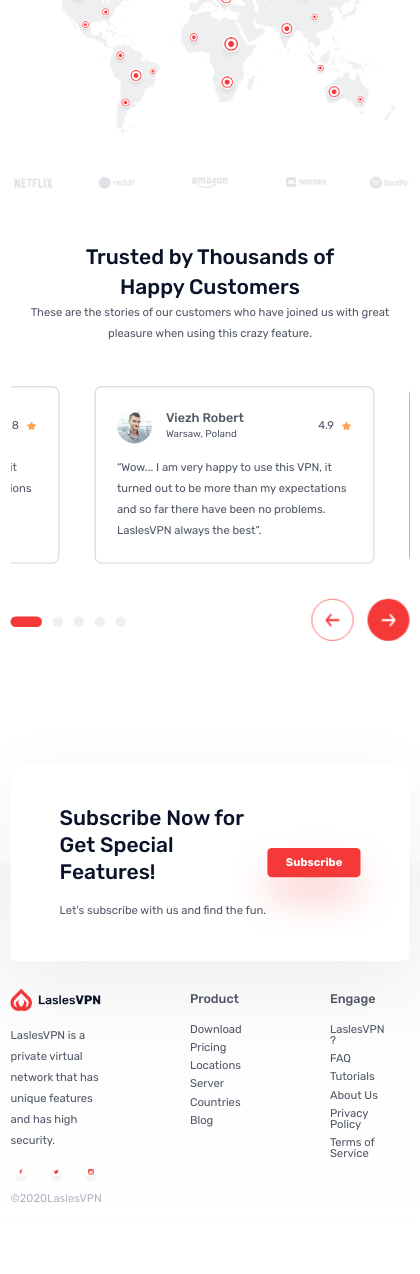
Repository: kebinh1235/lasles-demo
Page: index.html
An editor plug-in stored every save of this project. The page is shown before and after the next save, followed by the edit.
The browser window is 600 px wide. The pictures show the part of the page from y = 3589 to 5829 px (the page is 5409 px tall before and 5829 px after), at 70% of full size.
Some web libraries are served in a nearby version. The style sheet was rebuilt from its Sass, Less or Tailwind sources for each picture, by a compiler version that may differ from the author's.

Above is the page before, as saved 2021-11-05 02:09:25.

After the next save:
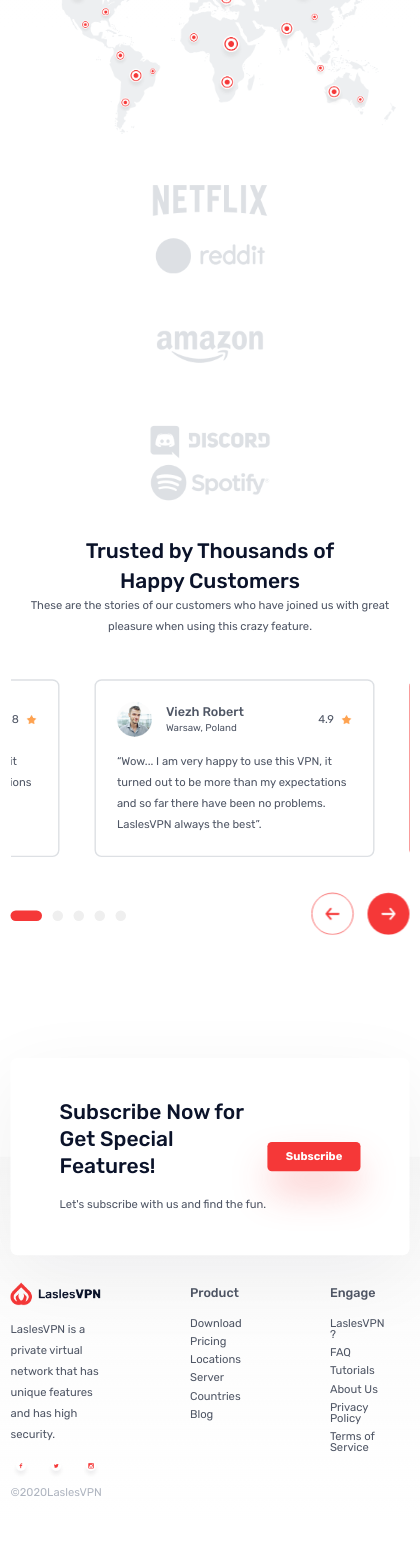
Saved 61 s later.
--- a/sass/_brands.scss
+++ b/sass/_brands.scss
@@ -7,3 +7,11 @@
         gap: 0 60px;
     }
 }
+@media (max-width: 739px) {
+    .brands {
+        &__list {
+            flex-direction: column;
+
+        }
+    }
+}
